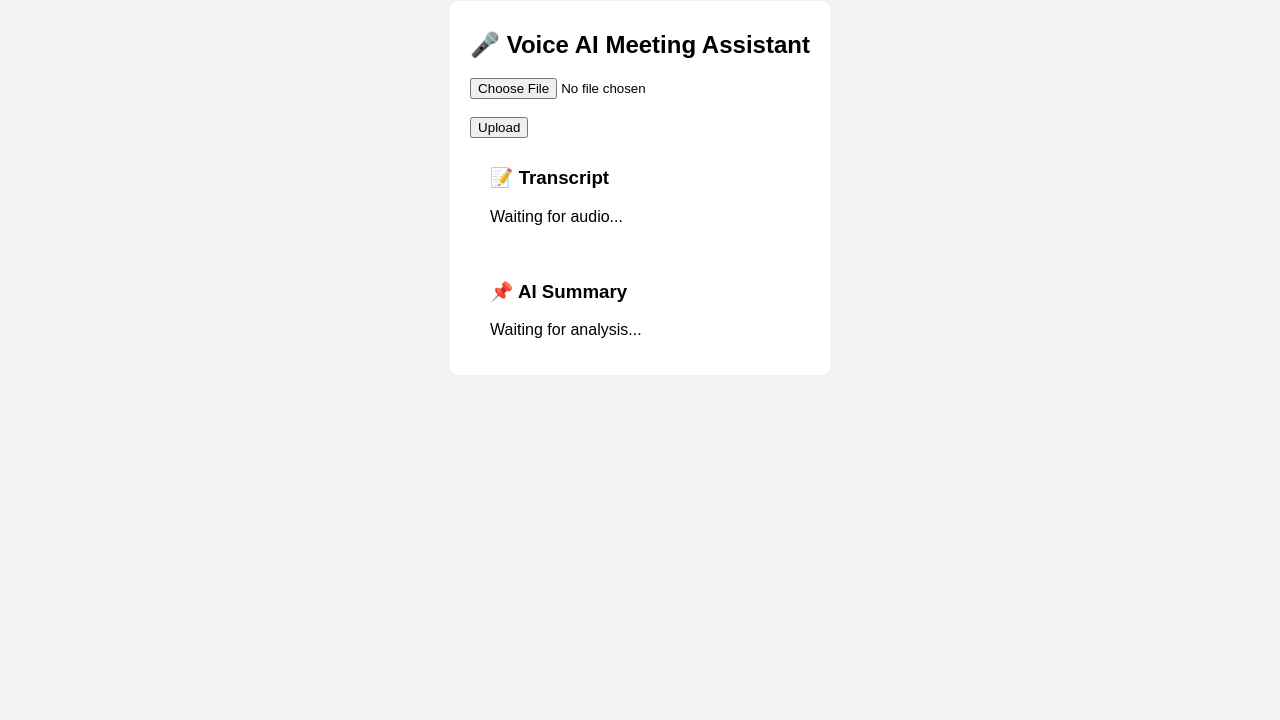
Repository: MujtabaHabib/Voice-AI-Meeting-Assistant
Page: index.html
An editor plug-in stored every save of this project. The page is shown before and after a run of saves, followed by the edit.
The browser window is 1280 px wide. The pictures show the whole page.

Above is the page before, as saved 2026-02-01 22:01:15.

After the next 2 saves:
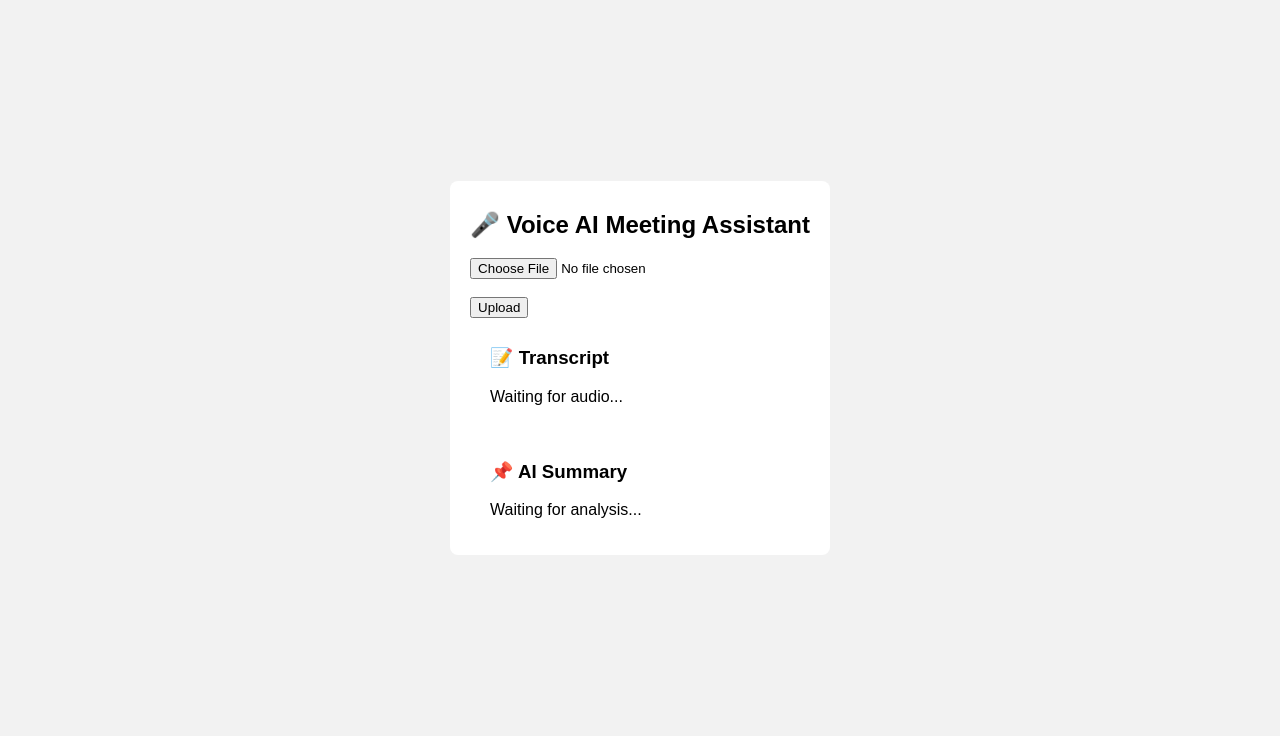
The 2 saves are shown as one change because they came seconds apart.
The last was saved 7 s later.
--- a/style.css
+++ b/style.css
@@ -1,6 +1,6 @@
 body{
     font-family:Arial;
-    height: 50vh;
+    height: 100vh;
     background-color: #f2f2f2;
     display: flex;
     align-items: center;
